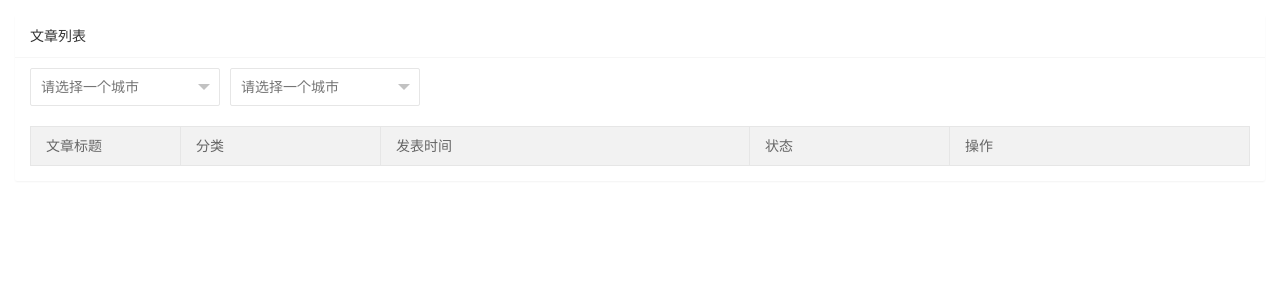
Repository: xxsleep/-
Page: home/article/art_list.html
An editor plug-in stored every save of this project. The page is shown before and after the next save, followed by the edit.
The browser window is 1280 px wide. The pictures show the whole page.
The page's requests for data from a server got no answer.

Above is the page before, as saved 2020-11-28 10:27:03.
Console error: TypeError: Cannot read properties of undefined (reading 'status')

After the next save:
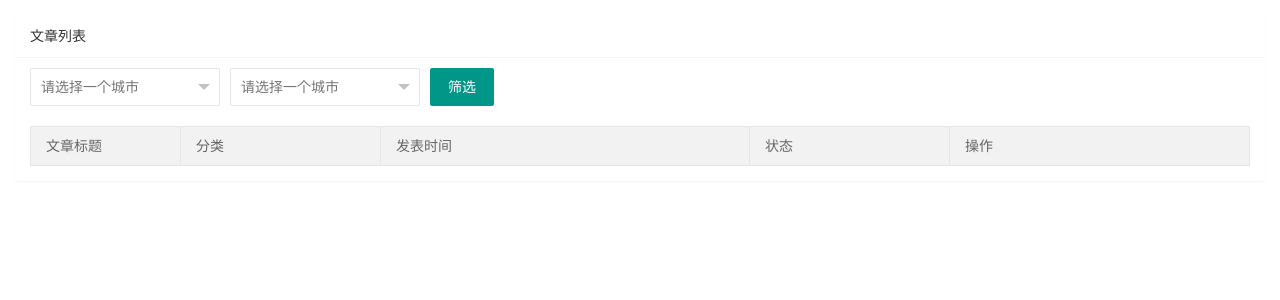
Saved 2 min 16 s later.
--- a/home/article/art_list.html
+++ b/home/article/art_list.html
@@ -32,6 +32,9 @@
                                 <option value="021">上海</option>
                                 <option value="0571">杭州</option>
                             </select>
+                        </div>
+                        <div class="layui-input-inline" style="width: 190px;">
+                            <button type="button" class="layui-btn">筛选</button>
                         </div>
                     </div>
                 </div>
